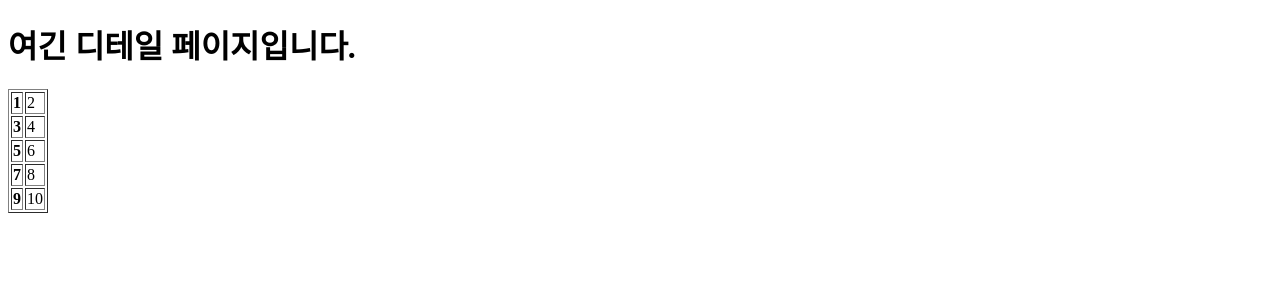
Repository: gatsby5959/_jsp_workspace_brd-mem_copy
Page: http://localhost/jsp_BoardMember/board/detail.jsp
An editor plug-in stored every save of this project. The page is shown before and after the next save, followed by the edit.
The browser window is 1280 px wide. The pictures show the whole page.
The page is served by Tomcat 9. Other server files are loaded and not shown.

Above is the page before, as saved 2023-09-07 08:56:32.

### jsp_BoardMember/src/main/webapp/board/detail.jsp
<%@ page language="java" contentType="text/html; charset=UTF-8"
	pageEncoding="UTF-8"%>
<!DOCTYPE html>
<html>
<head>
<meta charset="UTF-8">
<title>Insert title here</title>
</head>
<body>
	<h1>여긴 디테일 페이지입니다.</h1>
	<table border=1>
		<tr>
			<th>1</th>
			<td>2</td>
		</tr>
		<tr>
			<th>3</th>
			<td>4</td>
		</tr>
		<tr>
			<th>5</th>
			<td>6</td>
		</tr>
		<tr>
			<th>7</th>
			<td>8</td>
		</tr>
		<tr>
			<th>9</th>
			<td>10</td>
		</tr>

	</table>
</body>
</html>

After the next save:
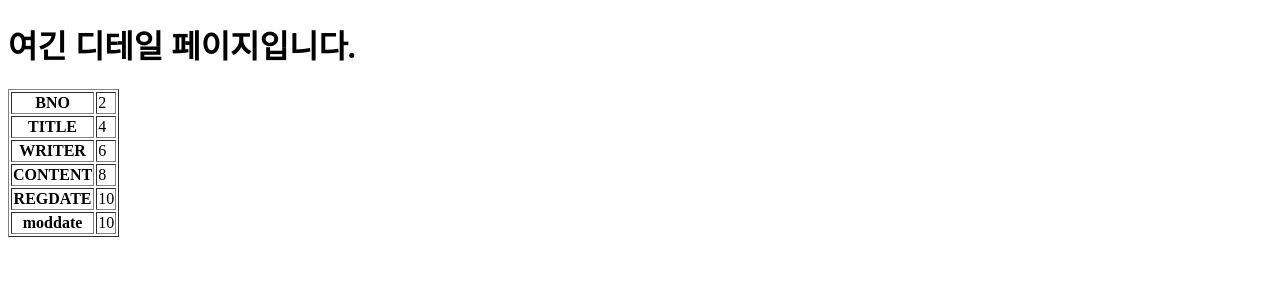
Saved 75 s later.
--- a/jsp_BoardMember/src/main/webapp/board/detail.jsp
+++ b/jsp_BoardMember/src/main/webapp/board/detail.jsp
@@ -10,23 +10,27 @@
 	<h1>여긴 디테일 페이지입니다.</h1>
 	<table border=1>
 		<tr>
-			<th>1</th>
+			<th>BNO</th>
 			<td>2</td>
 		</tr>
 		<tr>
-			<th>3</th>
+			<th>TITLE</th>
 			<td>4</td>
 		</tr>
 		<tr>
-			<th>5</th>
+			<th>WRITER</th>
 			<td>6</td>
 		</tr>
 		<tr>
-			<th>7</th>
+			<th>CONTENT</th>
 			<td>8</td>
 		</tr>
 		<tr>
-			<th>9</th>
+			<th>REGDATE</th>
+			<td>10</td>
+		</tr>
+		<tr>
+			<th>moddate</th>
 			<td>10</td>
 		</tr>
 
